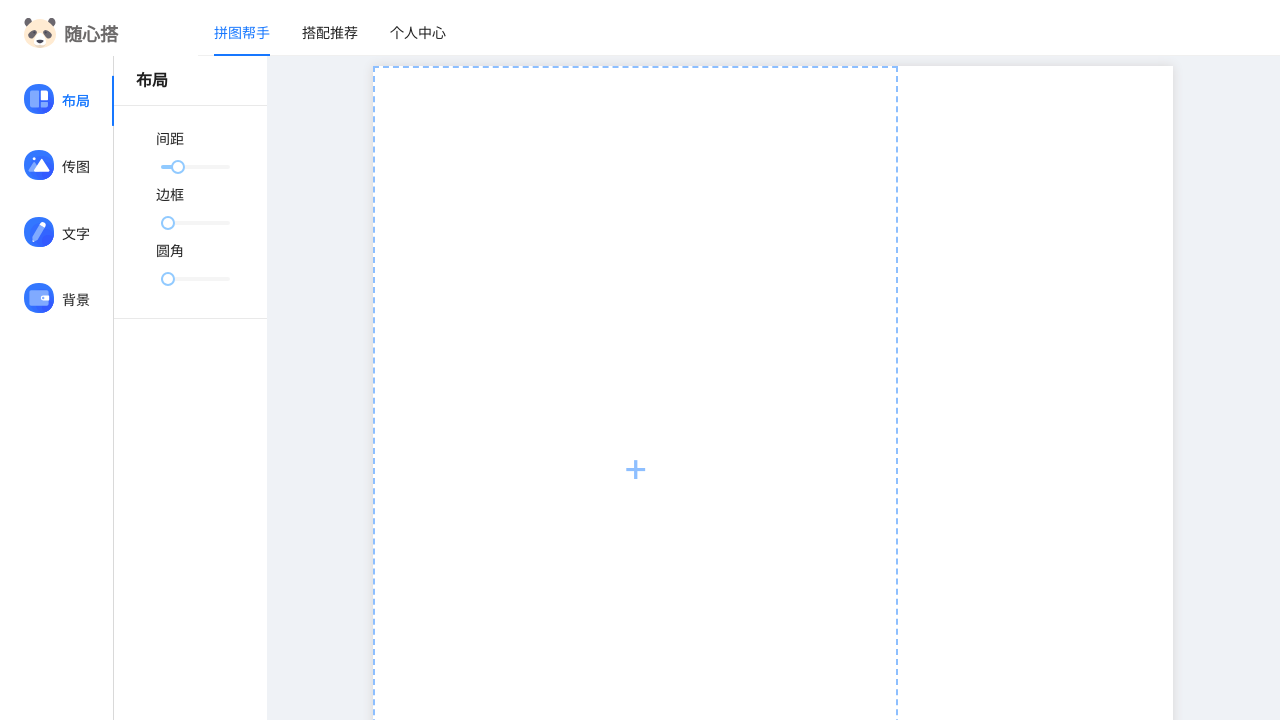
Repository: zzq1101921989/low-code
Page: /
These files come from the project's save history. The page is drawn as it stood at one moment and after the next save; the edit follows.
The browser window is 1280 px wide. The pictures show the whole page.
The project was rebuilt for these pictures with package versions that can differ from the ones it lists, and the page was loaded fresh each time. Also part of the build but not shown: vite.config.ts, src/pages/admin/index.tsx, src/components/icon/ClothesIcon.tsx, src/components/icon/HairIcon.tsx, src/components/icon/PantsIcon.tsx, src/components/icon/ShoeIcon.tsx, src/pages/recommend/index.tsx.

Above is the page before, as saved 2023-05-28 11:48:12.

After the next save:
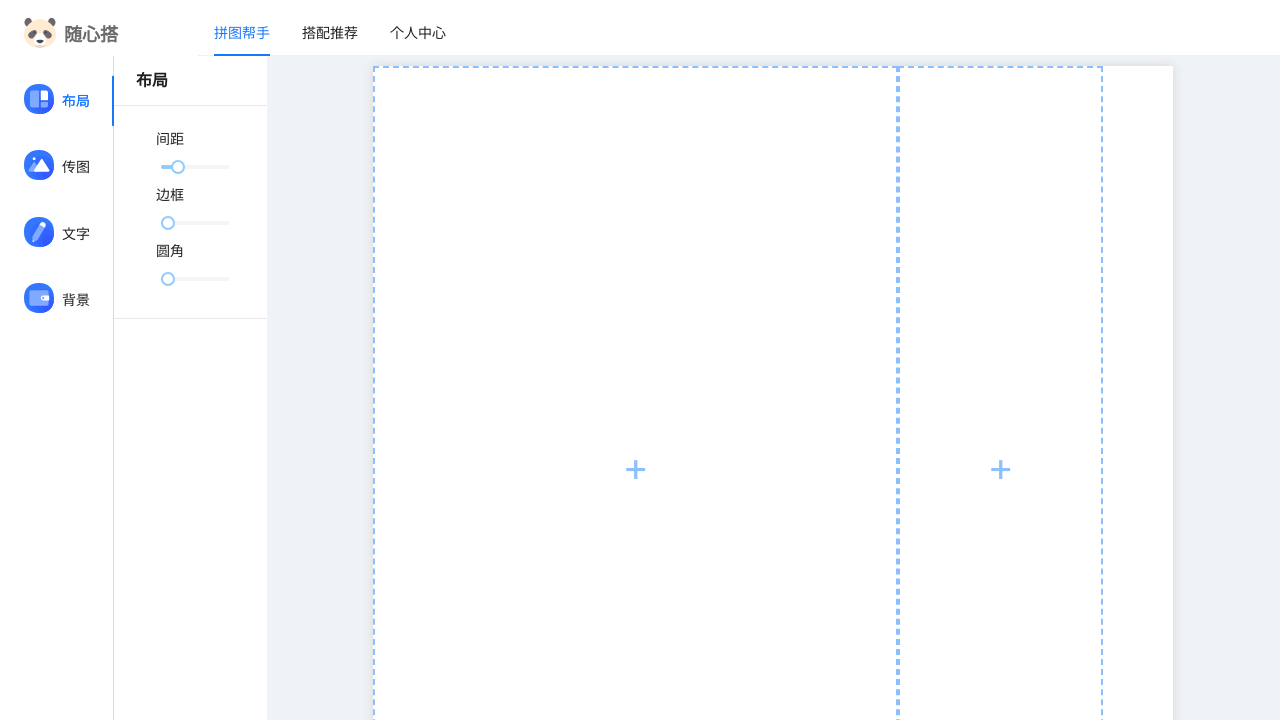
Saved 3 min 57 s later.
--- a/src/pages/home/features/DrawImage/index.tsx
+++ b/src/pages/home/features/DrawImage/index.tsx
@@ -213,13 +213,11 @@ const DrawImage: FC<DrawImageProps> = (props) => {
 
       // 有子元素和没有子元素，处理方式有一定的不一样
       if (children) {
-
         // 已经占据了多少呢？
         let occupyWidth = 0;
         let occupyHeight = 0;
 
         children.forEach((child) => {
-
           const { dirH, dirW, type, children: childs } = child;
 
           // 不同方向之下，改变的宽高也是不一样的
@@ -233,9 +231,18 @@ const DrawImage: FC<DrawImageProps> = (props) => {
               : containerHeight * dirH;
 
           if (type !== "flag") {
-            elements.push(createrItemBox(currentWidth, currentHeight, occupyWidth, occupyHeight));
+            elements.push(
+              createrItemBox(
+                currentWidth,
+                currentHeight,
+                occupyWidth,
+                occupyHeight
+              )
+            );
             occupyWidth += currentWidth;
-            occupyHeight += currentHeight;
+            if (direction === "top") {
+              occupyHeight += currentHeight;
+            }
           } else {
             elements.push(
               <div
